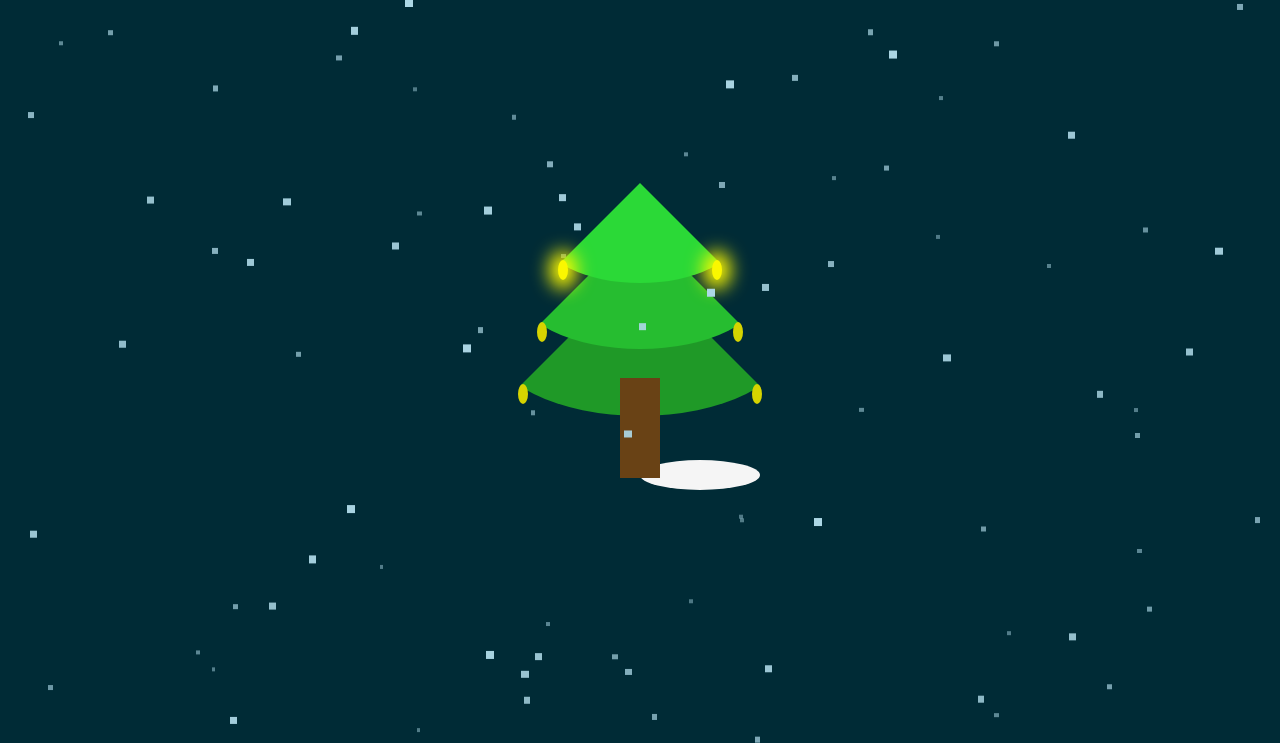
Repository: supakorn5039-boon/Christmas
Page: index.html
These files come from the project's save history. The page is drawn as it stood at one moment and after the next save; the edit follows.
The browser window is 1280 px wide. The pictures show the whole page.

Above is the page before, as saved 2023-12-25 08:58:45.

### index.html
<!DOCTYPE html>
<html lang="en">
  <head>
    <meta charset="UTF-8" />
    <meta http-equiv="X-UA-Compatible" content="IE=edge" />
    <meta name="viewport" content="width=device-width, initial-scale=1.0" />
    <link rel="stylesheet" href="styles.css" />
  </head>
  <body>
    <div class="xmas-tree">
      <div class="start">
        <i class="fa-solid fa-star"></i>
      </div>
      <div class="t1"></div>
      <div class="t2"></div>
      <div class="t3"></div>
      <div class="stem"></div>
      <div class="snow-ground"></div>
    </div>
  </body>
  <script src="index.js"></script>
</html>

### styles.css
body {
  height: 100vh;
  margin: 0;
  background: #002b36;
  overflow: hidden;
  display: grid;
  place-items: center;
}

.xmas-tree {
  position: relative;
  width: 500px;
  height: 590px;
  z-index: -2;
}

.star {
  z-index: 3;
  position: absolute;
  color: #fffc00;
  font-style: 40px;
  text-shadow: 0 0 20px #fffc00;
  left: 50%;
  top: 15%;
  margin-left: -22px;
  animation: spin 2s infinite linear forwards;
}

@keyframes spin {
  to {
    transform: rotate(1turn);
  }
}

.t1 {
  position: absolute;
  z-index: 2;
  border-bottom: 100px solid #2bd937;
  margin-left: -100px;
  border-right: 100px solid transparent;
  border-left: 100px solid transparent;
  border-bottom-left-radius: 50%;
  border-bottom-right-radius: 50%;
  top: 20%;
  left: 50%;
}
.t2 {
  position: absolute;
  z-index: 1;
  border-bottom: 125px solid #26bd30;
  margin-left: -125px;
  border-right: 125px solid transparent;
  border-left: 125px solid transparent;
  border-bottom-right-radius: 50%;
  border-bottom-left-radius: 50%;
  top: 27%;
  left: 50%;
}

.t3 {
  position: absolute;
  border-bottom: 150px solid #1f9927;
  margin-left: -150px;
  border-right: 150px solid transparent;
  border-left: 150px solid transparent;
  border-bottom-right-radius: 50%;
  border-bottom-left-radius: 50%;
  top: 34%;
  left: 50%;
}

.t1::before,
.t1::after,
.t2::before,
.t2::after,
.t3::before,
.t3::after {
  position: absolute;
  content: "";
  background: #d6d400;
  z-index: 3;
  width: 10px;
  height: 20px;
  border-radius: 50%;
  animation: blink 1.5s infinite;
}

.t2::before {
  animation-delay: 0.5s;
}
.t2::after {
  animation-delay: 0.5s;
}

.t3::before {
  animation-delay: 1s;
}
.t3::after {
  animation-delay: 1s;
}

@keyframes blink {
  30% {
    background: rgb(255, 252, 0);
    box-shadow: 0 0 20px 10px #fffc00;
  }
  60% {
    background: #d6d400;
    box-shadow: 0 0 0px 0px #fffc00;
  }
}

.t1::before {
  top: 77px;
  left: -82px;
}
.t1::after {
  top: 77px;
  right: -82px;
}

.t2::before {
  top: 98px;
  left: -103px;
}
.t2::after {
  top: 98px;
  right: -103px;
}

.t3::before {
  top: 118px;
  left: -122px;
}

.t3::after {
  top: 118px;
  right: -122px;
}

.stem {
  position: absolute;
  top: 53%;
  left: 50%;
  margin-left: -20px;
  width: 40px;
  height: 100px;
  z-index: 1;
  background: #694215;
}

.snow-ground {
  position: absolute;
  width: 120px;
  height: 30px;
  background: whitesmoke;
  top: 67%;
  left: 50%;
  margin-left: -60 px;
  z-index: -5;
  border-radius: 50%;
}

.snow {
  position: absolute;
  top: -10px;
  background: lightblue;
  border-radius: -50%;
  animation: fall linear;
}

@keyframes fall {
  to {
    transform: translateY(105vh);
  }
}

### index.js
function makeSnow() {
  const snow = document.createElement("div");
  const size = Math.random() * 4.5 + 3.5;
  snow.className = "snow";
  snow.style.width = size + "px";
  snow.style.height = size + "px";
  snow.style.left = Math.random() * window.innerWidth + "px";
  snow.style.opacity = size / 8;
  if (size < 7) {
    snow.style.zIndex = -5;
  }
  snow.style.animationDuration = Math.random() * 3 + 2 + "s";
  document.body.appendChild(snow);
  setTimeout(() => snow.remove(), 5000);
}

setInterval(makeSnow, 40);

After the next save:
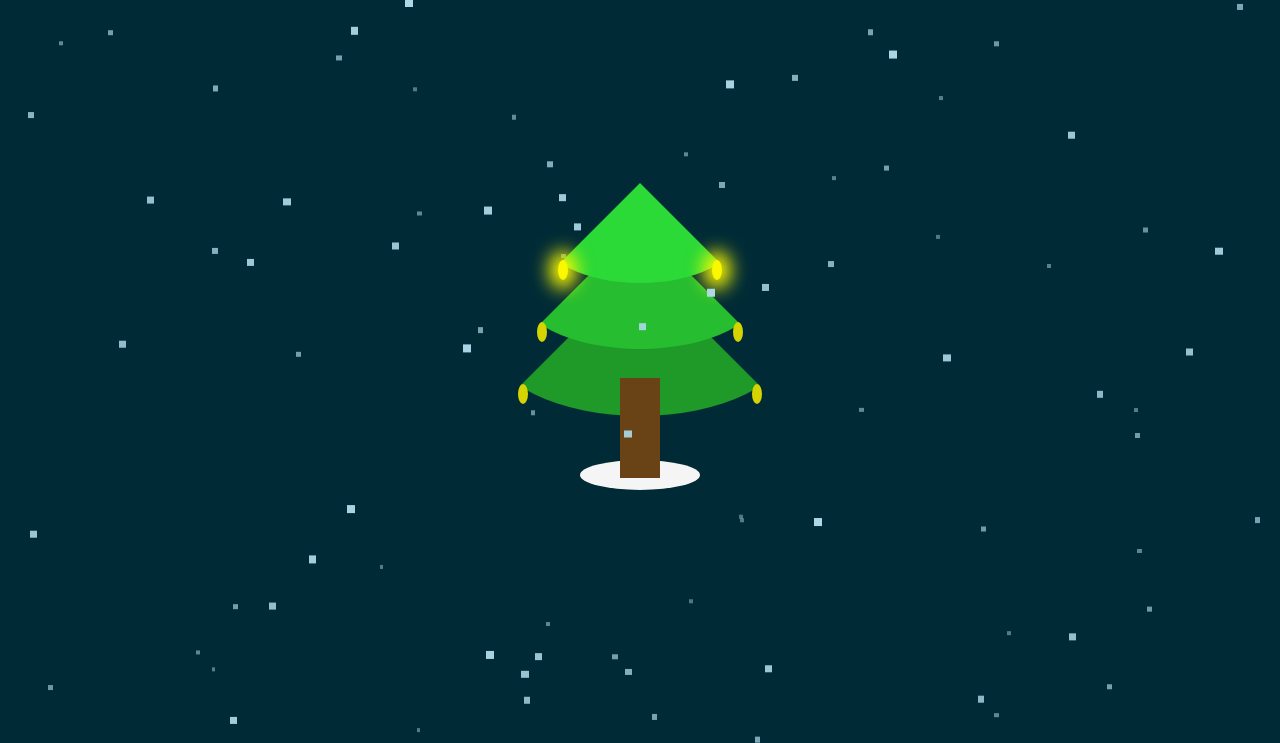
Saved 15 s later.
--- a/styles.css
+++ b/styles.css
@@ -156,7 +156,7 @@ body {
   background: whitesmoke;
   top: 67%;
   left: 50%;
-  margin-left: -60 px;
+  margin-left: -60px;
   z-index: -5;
   border-radius: 50%;
 }
